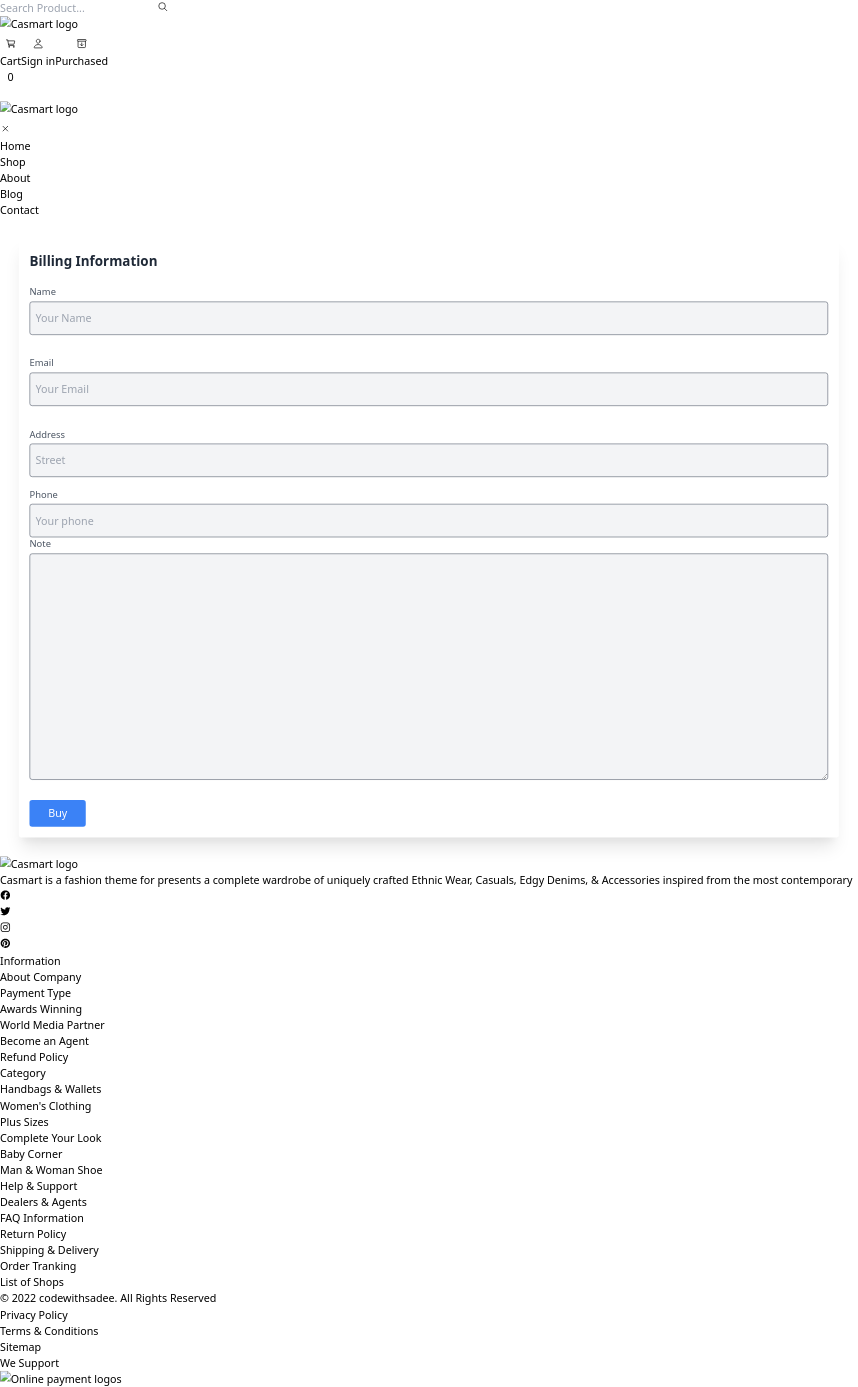
Repository: phamquyet29/duan1
Page: http://localhost/da1_nhom2/form-pay-cart
An editor plug-in stored every save of this project. The page is shown before and after the next save, followed by the edit.
The browser window is 1280 px wide. The pictures show the whole page, at 67% of full size.
Some web libraries are served in a nearby version. The page is run by PHP 8.4 with error messages shown; the project is at /var/www/html/.

Above is the page before, as saved 2023-04-11 22:05:28.
Console error: SyntaxError: Unexpected token '<'

After the next save:
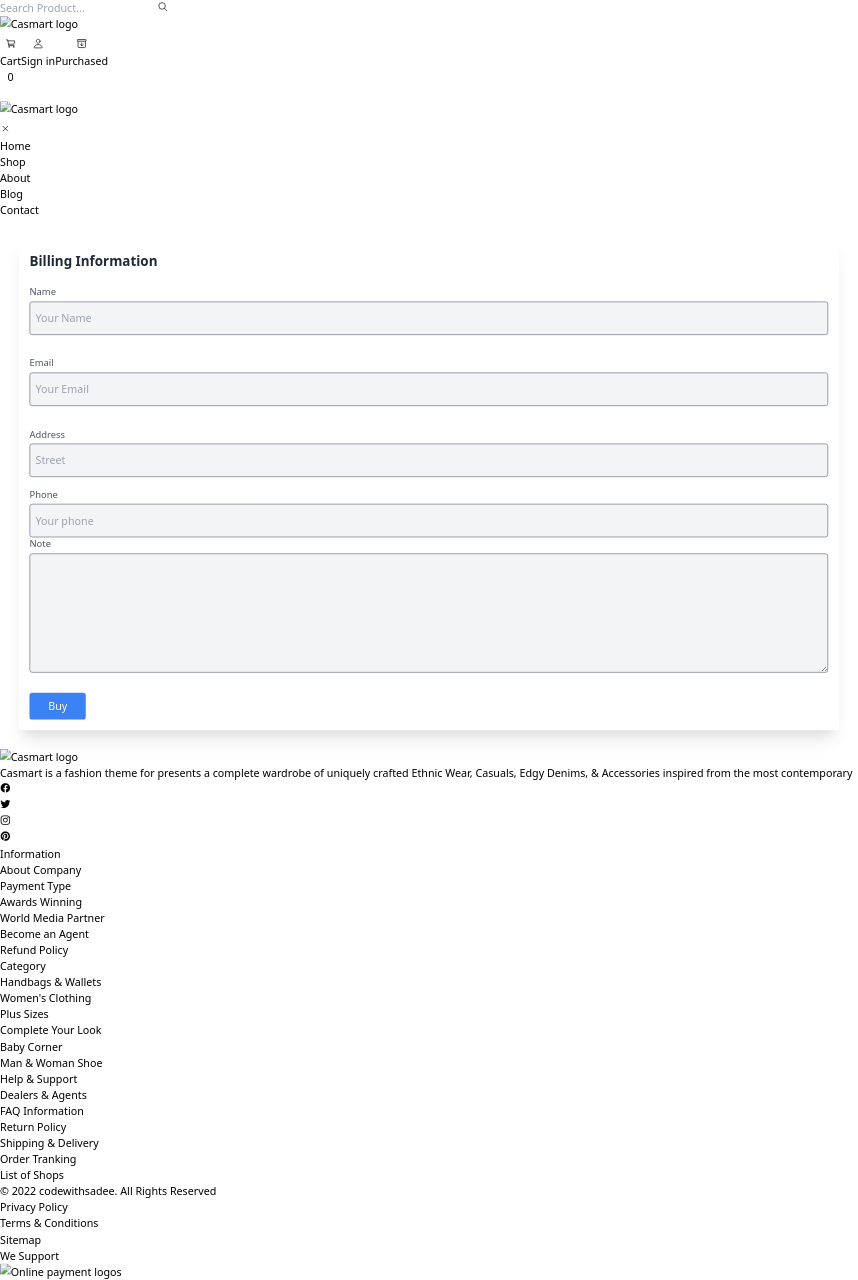
Saved 15 s later.
--- a/client/views/cart/checkout.php
+++ b/client/views/cart/checkout.php
@@ -18,7 +18,7 @@
       <input class="w-full px-2 py-2 border-gray-500 border-[1px] border-solid text-gray-700 bg-gray-100 rounded" id="cus_name" name="phone" type="number" required  placeholder="Your phone">
 
       <label class="block text-sm mb-1 text-gray-600" for="cus_name">Note</label>
-     <textarea class="w-full px-2 py-2 border-gray-500 border-[1px] border-solid text-gray-700 bg-gray-100 rounded" name="note" id="" cols="30" rows="10"></textarea>
+     <textarea class="w-full px-2 py-2 border-gray-500 border-[1px] border-solid text-gray-700 bg-gray-100 rounded" name="note" id="" cols="30" rows="5"></textarea>
       <button type="submit" class="px-7 py-1 mt-5 text-white rounded bg-blue-500">Buy</button>
     </div>
   </form>
